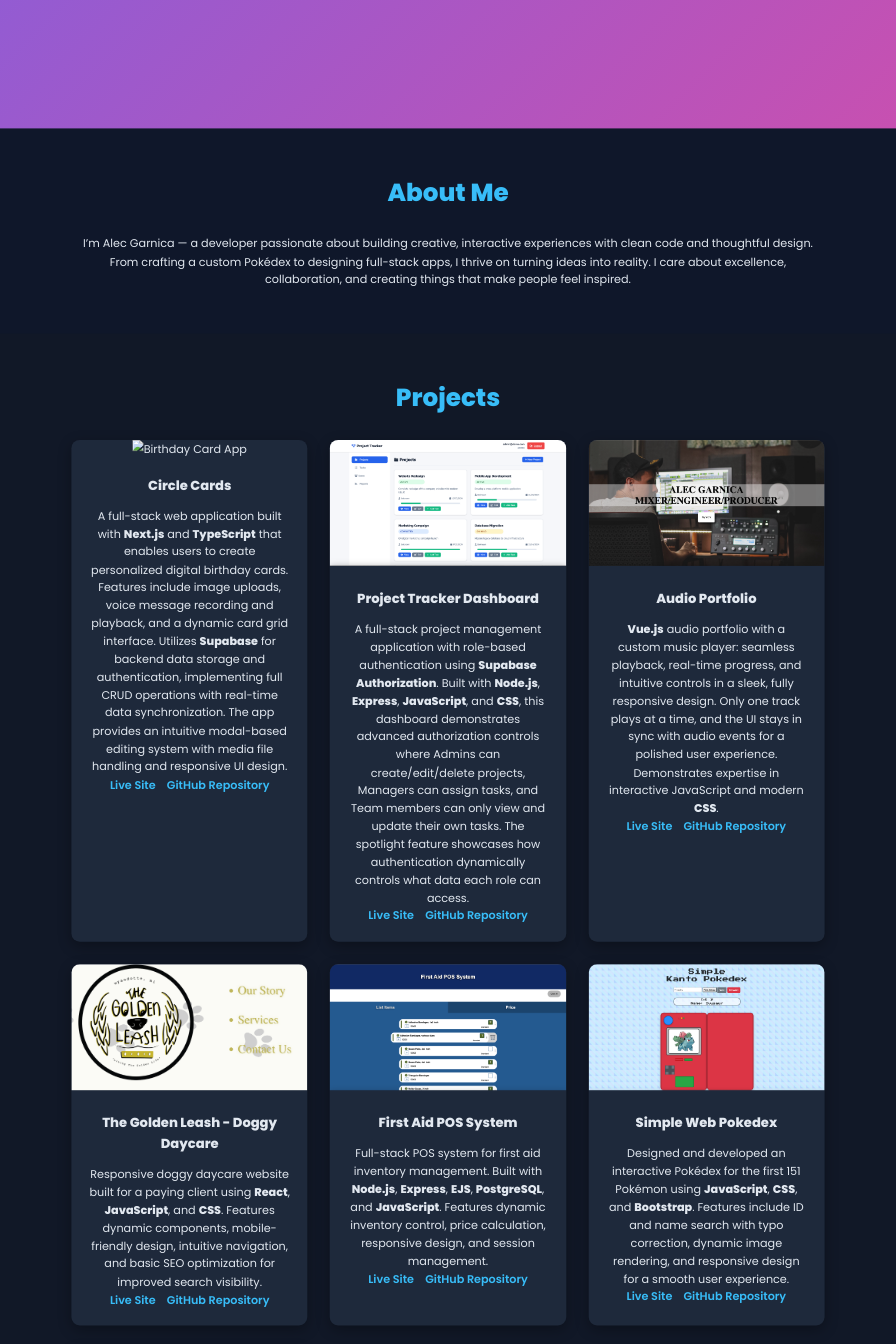
Repository: Aworminator/Portfolio
Page: index.html
These files come from the project's save history. The page is drawn as it stood at one moment and after the next save; the edit follows.
The browser window is 1280 px wide. The pictures show the part of the page from y = 529 to 2449 px (the page is 3613 px tall), at 70% of full size.

Above is the page before, as saved 2026-01-12 11:59:55.
Console error: ReferenceError: emailjs is not defined
Not found: images/birthday-card-app.png

After the next save:
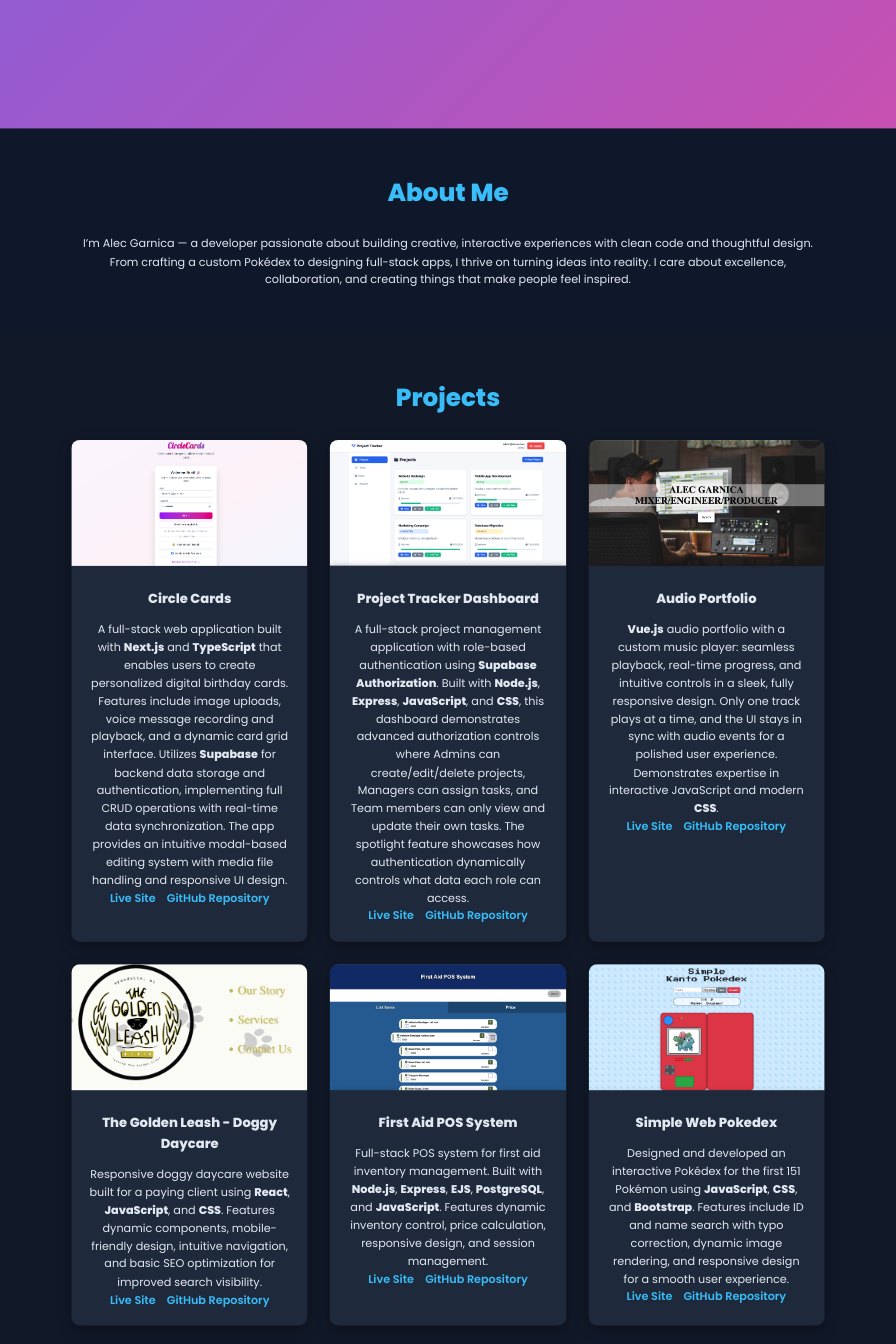
Saved 4 min 1 s later.
--- a/index.html
+++ b/index.html
@@ -62,7 +62,7 @@
       <div class="projects-grid">
         <!-- Circle Card Card App -->
         <div class="card">
-          <img src="./images/birthday-card-app.png" alt="Birthday Card App" />
+          <img src="./images/Circle-Card-Website.png" alt="Birthday Card App" />
           <div class="card-content">
             <h3>Circle Cards</h3>
             <p>
